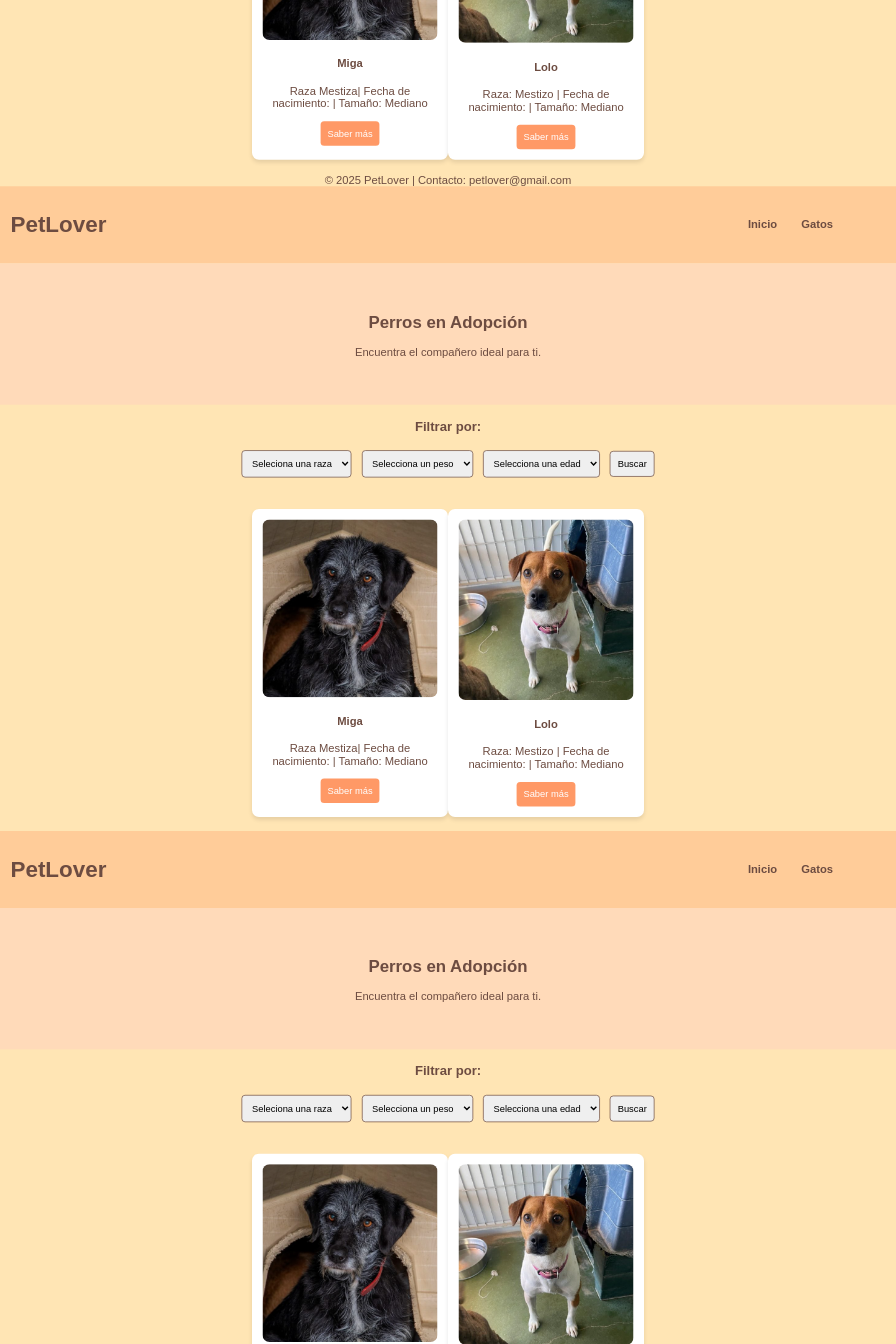
Repository: adriarodrisan/PetLover
Page: Paginas_web/Perros.html
An editor plug-in stored every save of this project. The page is shown before and after the next save, followed by the edit.
The browser window is 1280 px wide. The pictures show the part of the page from y = 673 to 2593 px (the page is 4872 px tall before and 4912 px after), at 70% of full size.

Above is the page before, as saved 2025-02-20 16:03:51.

### Paginas_web/Perros.html
<!DOCTYPE html>
<html lang="en">
<head>
    <meta charset="UTF-8">
    <meta name="viewport" content="width=device-width, initial-scale=1.0">
    <title>Perros en Adopción - Petlover</title>
    <link rel="stylesheet" href="/Css_Paginas/Perros.css">
</head>
<body>
    <header>
        <div class="logo">
            <h1>PetLover</h1>
        </div>
        <nav>
            <a href="Home_Petlover.html">Inicio</a>
            <a href="gatos.html"> Gatos</a>
            <a href="#Ayuda"></a>
            <a href="Contactos"></a>
        </nav>
    </header>
    <section class="hero">
        <h2>Perros en Adopción</h2>
        <p>Encuentra el compañero ideal para ti.</p>
    </section>
    <section class="filters">
        <h3>Filtrar por:</h3>
        <select id="raza">
            <option value=""> Seleciona una raza</option>
            <option value="labrador">Labrador</option>
            <option value="pastor">Pastor Alemán</option>
            <option value="chihuahua">chihuahua</option>
        </select>
        <select  id="peso">
            <option value="">Selecciona un peso</option>
            <option value="paqueño">Peuqeño (-10kg)</option>
            <option value="mediano">Mediano (10-20kg)</option>
            <option value="grande">Grade (+25kg)</option>
        </select>
        <select id="edad">
            <option value="">Selecciona una edad</option>
            <option value="cachorro"> Cachorro (-1 año)</option>
            <option value="adulto">Adulto (1-7 años)</option>
            <option value="senior"> Senior (+7 años)</option>
        </select>
        <button onclick="filtrarPerror()">Buscar</button>
    </section>
    <section class="lista-perros" id="lista-perros">
        <div class="tarjeta-perro">
            <img src="/Imagenes_Animales/dog1.png" alt="Perro en adopción">
            <h4>Miga</h4>
            <p>Raza Mestiza| Fecha de nacimiento:   |  Tamaño: Mediano </p>
            <button>Saber más</button>
        </div>
        <div class="tarjeta-perro">
            <img src="/Imagenes_Animales/dog2.png" alt="Perro en adopción">
            <h4>Lolo</h4>
            <p>Raza: Mestizo  | Fecha de nacimiento:  | Tamaño: Mediano </p>
            <button>Saber más</button>
        </div>
    </section>
    <footer class="footer">
        © 2025 PetLover | Contacto: petlover@gmail.com
    </footer>

</body>
</html>
<!DOCTYPE html>
<html lang="en">
<head>
    <meta charset="UTF-8">
    <meta name="viewport" content="width=device-width, initial-scale=1.0">
    <title>Perros en Adopción - Petlover</title>
    <link rel="stylesheet" href="/Css_Paginas/Perros.css">
</head>
<body>
    <header>
        <div class="logo">
            <h1>PetLover</h1>
        </div>
        <nav>
            <a href="Home_Petlover.html">Inicio</a>
            <a href="gatos.html"> Gatos</a>
            <a href="#Ayuda"></a>
            <a href="Contactos"></a>
        </nav>
    </header>
    <section class="hero">
        <h2>Perros en Adopción</h2>
        <p>Encuentra el compañero ideal para ti.</p>
    </section>
    <section class="filters">
        <h3>Filtrar por:</h3>
        <select id="raza">
            <option value=""> Seleciona una raza</option>
            <option value="labrador">Labrador</option>
            <option value="pastor">Pastor Alemán</option>
            <option value="chihuahua">chihuahua</option>
        </select>
        <select  id="peso">
            <option value="">Selecciona un peso</option>
            <option value="paqueño">Peuqeño (-10kg)</option>
            <option value="mediano">Mediano (10-20kg)</option>
            <option value="grande">Grade (+25kg)</option>
        </select>
        <select id="edad">
            <option value="">Selecciona una edad</option>
            <option value="cachorro"> Cachorro (-1 año)</option>
            <option value="adulto">Adulto (1-7 años)</option>
            <option value="senior"> Senior (+7 años)</option>
        </select>
        <button onclick="filtrarPerror()">Buscar</button>
    </section>
    <section class="lista-perros" id="lista-perros">
        <div class="tarjeta-perro">
            <img src="/Imagenes_Animales/dog1.png" alt="Perro en adopción">
            <h4>Miga</h4>
            <p>Raza Mestiza| Fecha de nacimiento:   |  Tamaño: Mediano </p>
            <button>Saber más</button>
        </div>
        <div class="tarjeta-perro">
            <img src="/Imagenes_Animales/dog2.png" alt="Perro en adopción">
            <h4>Lolo</h4>
            <p>Raza: Mestizo  | Fecha de nacimiento:  | Tamaño: Mediano </p>
            <button>Saber más</button>
        </div>

    </section>

</body>
</html>
<!DOCTYPE html>
<html lang="en">
<head>
    <meta charset="UTF-8">
    <meta name="viewport" content="width=device-width, initial-scale=1.0">
    <title>Perros en Adopción - Petlover</title>
    <link rel="stylesheet" href="/Css_Paginas/Perros.css">
</head>
<body>
    <header>
        <div class="logo">
            <h1>PetLover</h1>
        </div>
        <nav>
            <a href="Home_Petlover.html">Inicio</a>
            <a href="gatos.html"> Gatos</a>
            <a href="#Ayuda"></a>
            <a href="Contactos"></a>
        </nav>
    </header>
    <section class="hero">
        <h2>Perros en Adopción</h2>
        <p>Encuentra el compañero ideal para ti.</p>
    </section>
    <section class="filters">
        <h3>Filtrar por:</h3>
        <select id="raza">
            <option value=""> Seleciona una raza</option>
            <option value="labrador">Labrador</option>
            <option value="pastor">Pastor Alemán</option>
            <option value="chihuahua">chihuahua</option>
        </select>
        <select  id="peso">
            <option value="">Selecciona un peso</option>
            <option value="paqueño">Peuqeño (-10kg)</option>
            <option value="mediano">Mediano (10-20kg)</option>
            <option value="grande">Grade (+25kg)</option>
        </select>
        <select id="edad">
            <option value="">Selecciona una edad</option>
            <option value="cachorro"> Cachorro (-1 año)</option>
            <option value="adulto">Adulto (1-7 años)</option>
            <option value="senior"> Senior (+7 años)</option>
        </select>
        <button onclick="filtrarPerror()">Buscar</button>
    </section>
    <section class="lista-perros" id="lista-perros">
        <div class="tarjeta-perro">
            <img src="/Imagenes_Animales/dog1.png" alt="Perro en adopción">
            <h4>Miga</h4>
            <p>Raza Mestiza| Fecha de nacimiento:   |  Tamaño: Mediano </p>
            <button>Saber más</button>
        </div>
        <div class="tarjeta-perro">
            <img src="/Imagenes_Animales/dog2.png" alt="Perro en adopción">
            <h4>Lolo</h4>
            <p>Raza: Mestizo  | Fecha de nacimiento:  | Tamaño: Mediano </p>
            <button>Saber más</button>

        </div>

    </section>

</body>
</html>
<!DOCTYPE html>
<html lang="en">
<head>
    <meta charset="UTF-8">
    <meta name="viewport" content="width=device-width, initial-scale=1.0">
    <title>Perros en Adopción - Petlover</title>
    <link rel="stylesheet" href="/Css_Paginas/Perros.css">
</head>
<body>
    <header>
        <div class="logo">
            <h1>PetLover</h1>
        </div>
        <nav>
            <a href="Home_Petlover.html">Inicio</a>
            <a href="gatos.html"> Gatos</a>
            <a href="#Ayuda"></a>
            <a href="Contactos"></a>
        </nav>
    </header>
    <section class="hero">
        <h2>Perros en Adopción</h2>
        <p>Encuentra el compañero ideal para ti.</p>
    </section>
    <section class="filters">
        <h3>Filtrar por:</h3>
        <select id="raza">
            <option value=""> Seleciona una raza</option>
            <option value="labrador">Labrador</option>
            <option value="pastor">Pastor Alemán</option>
            <option value="chihuahua">chihuahua</option>
        </select>
        <select  id="peso">
            <option value="">Selecciona un peso</option>
            <option value="paqueño">Peuqeño (-10kg)</option>
            <option value="mediano">Mediano (10-20kg)</option>
            <option value="grande">Grade (+25kg)</option>
        </select>
        <select id="edad">
            <option value="">Selecciona una edad</option>
            <option value="cachorro"> Cachorro (-1 año)</option>
            <option value="adulto">Adulto (1-7 años)</option>
            <option value="senior"> Senior (+7 años)</option>
        </select>
        <button onclick="filtrarPerror()">Buscar</button>
    </section>
    <section class="lista-perros" id="lista-perros">
        <div class="tarjeta-perro">
            <img src="/Imagenes_Animales/dog1.png" alt="Perro en adopción">
            <h4>Miga</h4>
            <p>Raza Mestiza| Fecha de nacimiento:   |  Tamaño: Mediano </p>
            <button>Saber más</button>
        </div>

    </section>

</body>
</html>
<!DOCTYPE html>
<html lang="en">
<head>
    <meta charset="UTF-8">
    <meta name="viewport" content="width=device-width, initial-scale=1.0">
    <title>Perros en Adopción - Petlover</title>
    <link rel="stylesheet" href="/Css_Paginas/Perros.css">
</head>
<body>
    <header>
        <div class="logo">
            <h1>PetLover</h1>
        </div>
        <nav>
            <a href="Home_Petlover.html">Inicio</a>
            <a href="gatos.html"> Gatos</a>
            <a href="#Ayuda"></a>
            <a href="Contactos"></a>
        </nav>
    </header>
    <section class="hero">
        <h2>Perros en Adopción</h2>
        <p>Encuentra el compañero ideal para ti.</p>
    </section>
    <section class="filters">
        <h3>Filtrar por:</h3>
        <select id="raza">
            <option value=""> Seleciona una raza</option>
            <option value="labrador">Labrador</option>
            <option value="pastor">Pastor Alemán</option>
            <option value="chihuahua">chihuahua</option>
        </select>

    </section>

</body>
</html>
<!DOCTYPE html>
<html lang="en">
<head>
    <meta charset="UTF-8">
    <meta name="viewport" content="width=device-width, initial-scale=1.0">
    <title>Perros en Adopción - Petlover</title>
    <link rel="stylesheet" href="/Css_Paginas/Perros.css">
</head>
<body>
    <header>
        <div class="logo">
            <h1>PetLover</h1>
        </div>
        <nav>
            <a href="Home_Petlover.html">Inicio</a>
            <a href="gatos.html"> Gatos</a>
            <a href="#Ayuda"></a>
            <a href="Contactos"></a>
        </nav>
    </header>
    <section class="hero">
        <h2>Perros en Adopción</h2>
        <p>Encuentra el compañero ideal para ti.</p>
    </section>

</body>
</html>
<!DOCTYPE html>
<html lang="en">
<head>
    <meta charset="UTF-8">
    <meta name="viewport" content="width=device-width, initial-scale=1.0">
    <title>Perros en Adopción - Petlover</title>
    <link rel="stylesheet" href="/Css_Paginas/Perros.css">
</head>
<body>
    <header>
        <div class="logo">
            <h1>PetLover</h1>
        </div>
        <nav>
            <a href="Home_Petlover.html">Inicio</a>
            <a href="gatos.html"> Gatos</a>
            <a href="#Ayuda"></a>
            <a href="Contactos"></a>
        </nav>
    </header>
    <section class="hero">
        <h2>Perros en Adopción</h2>
        <p>Encuentra el compañero ideal para ti.</p>
    </section>

</body>
</html>
<!DOCTYPE html>
<html lang="en">
<head>
    <meta charset="UTF-8">
    <meta name="viewport" content="width=device-width, initial-scale=1.0">
    <title>Perros en Adopción - Petlover</title>
    <link rel="stylesheet" href="/Css_Paginas/Perros.css">
</head>
<body>
    <header>
        <div class="logo">
            <h1>PetLover</h1>
        </div>
        <nav>
            <a href="Home_Petlover.html">Inicio</a>
            <a href="gatos.html"> Gatos</a>
            <a href="#Ayuda"></a>
            <a href="Contactos"></a>
        </nav>
    </header>
    <section></section>

</body>
</html>

### Css_Paginas/Perros.css
body{
    font-family: 'Arial', sans-serif;
    background-color: #ffe5b4;
    color: #6d4c41;
    margin: 0;
    text-align: center;
}
header{
    background-color: #FFCC99;
    padding: 15px;
    display: flex;
    justify-content: space-between;
    align-items: center;
}
nav a{
    text-decoration: none;
    color: #6d4c41;
    font-weight: bold;
    margin: 0 15px;
}
.hero{
    background-color: #ffdab9;
    padding: 50px 20px;
}
.filters{
    margin: 20px 0;
}
.filters select, .filters button{
    padding: 10px;
    margin: 5px;
    border-radius: 5px;
    border: 1px solid #6d4c41  ;

}
.lista-perros{
    display: flex;
    flex-wrap: wrap;
    justify-content: center;
    padding: 20px;
}
.tarjeta-perro{
    background-color: white;
    border-radius: 10px;
    padding: 15px;
    box-shadow: 0px 4px 6px rgba(0, 0, 0, 0.1);
    text-align: center;
    width: 250px;
}
.tarjeta-perro img{
    width: 100%;
    border-radius: 10px;
}
.tarjeta-perro button{
    background-color: #FF9966;
    border: none;
    color: white;
    padding: 10px;
    border-radius: 5px;
    cursor: pointer;
}
.tarjeta-perro button:hover{
    background-color: #ff7043;
}
.footr{
    background-color: #8d6e63;
    color: white;
    padding: 10px;
    margin-top: 20px;
}
body{
    font-family: 'Arial', sans-serif;
    background-color: #ffe5b4;
    color: #6d4c41;
    margin: 0;
    text-align: center;
}
header{
    background-color: #FFCC99;
    padding: 15px;
    display: flex;
    justify-content: space-between;
    align-items: center;
}
nav a{
    text-decoration: none;
    color: #6d4c41;
    font-weight: bold;
    margin: 0 15px;
}
.hero{
    background-color: #ffdab9;
    padding: 50px 20px;
}
.filters{
    margin: 20px 0;
}
.filters select, .filters button{
    padding: 10px;
    margin: 5px;
    border-radius: 5px;
    border: 1px solid #6d4c41  ;

}
.lista-perros{
    display: flex;
    flex-wrap: wrap;
    justify-content: center;
    padding: 20px;
}
.tarjeta-perro{
    background-color: white;
    border-radius: 10px;
    padding: 15px;
    box-shadow: 0px 4px 6px rgba(0, 0, 0, 0.1);
    text-align: center;
    width: 250px;
}
.tarjeta-perro img{
    width: 100%;
    border-radius: 10px;
}
.tarjeta-perro button{
    background-color: #FF9966;
    border: none;
    color: white;
    padding: 10px;
    border-radius: 5px;
    cursor: pointer;
}
body{
    font-family: 'Arial', sans-serif;
    background-color: #ffe5b4;
    color: #6d4c41;
    margin: 0;
    text-align: center;
}
header{
    background-color: #FFCC99;
    padding: 15px;
    display: flex;
    justify-content: space-between;
    align-items: center;
}
nav a{
    text-decoration: none;
    color: #6d4c41;
    font-weight: bold;
    margin: 0 15px;
}
.hero{
    background-color: #ffdab9;
    padding: 50px 20px;
}
.filters{
    margin: 20px 0;
}
.filters select, .filters button{
    padding: 10px;
    margin: 5px;
    border-radius: 5px;
    border: 1px solid #6d4c41  ;

}
.lista-perros{
    display: flex;
    flex-wrap: wrap;
    justify-content: center;
    padding: 20px;
}
.tarjeta-perro{
    background-color: white;
    border-radius: 10px;
    padding: 15px;
    box-shadow: 0px 4px 6px rgba(0, 0, 0, 0.1);
    text-align: center;
    width: 250px;
}

After the next save:
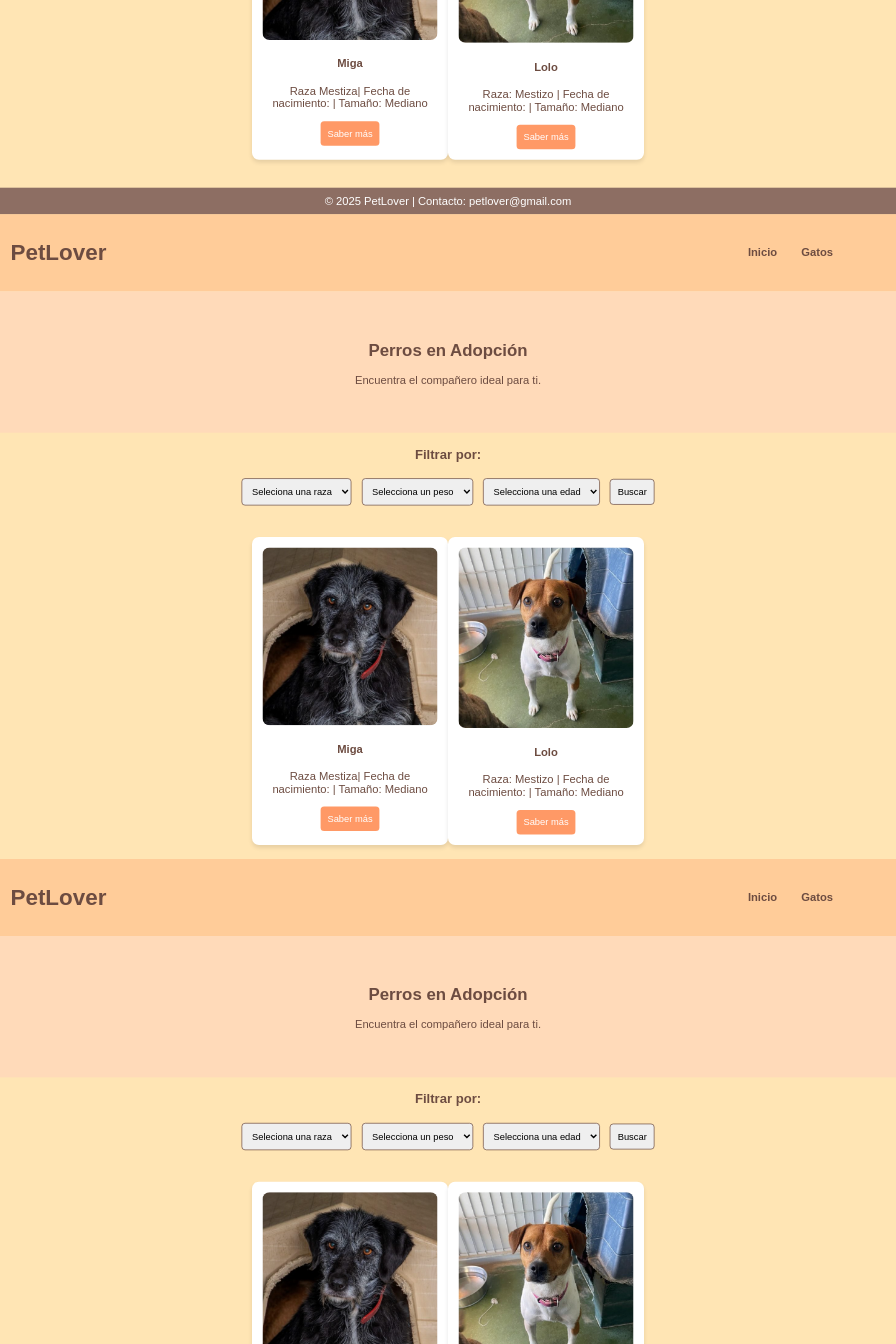
Saved 24 s later.
--- a/Css_Paginas/Perros.css
+++ b/Css_Paginas/Perros.css
@@ -61,117 +61,9 @@
 .tarjeta-perro button:hover{
     background-color: #ff7043;
 }
-.footr{
+.footer{
     background-color: #8d6e63;
     color: white;
     padding: 10px;
     margin-top: 20px;
 }
-body{
-    font-family: 'Arial', sans-serif;
-    background-color: #ffe5b4;
-    color: #6d4c41;
-    margin: 0;
-    text-align: center;
-}
-header{
-    background-color: #FFCC99;
-    padding: 15px;
-    display: flex;
-    justify-content: space-between;
-    align-items: center;
-}
-nav a{
-    text-decoration: none;
-    color: #6d4c41;
-    font-weight: bold;
-    margin: 0 15px;
-}
-.hero{
-    background-color: #ffdab9;
-    padding: 50px 20px;
-}
-.filters{
-    margin: 20px 0;
-}
-.filters select, .filters button{
-    padding: 10px;
-    margin: 5px;
-    border-radius: 5px;
-    border: 1px solid #6d4c41  ;
-
-}
-.lista-perros{
-    display: flex;
-    flex-wrap: wrap;
-    justify-content: center;
-    padding: 20px;
-}
-.tarjeta-perro{
-    background-color: white;
-    border-radius: 10px;
-    padding: 15px;
-    box-shadow: 0px 4px 6px rgba(0, 0, 0, 0.1);
-    text-align: center;
-    width: 250px;
-}
-.tarjeta-perro img{
-    width: 100%;
-    border-radius: 10px;
-}
-.tarjeta-perro button{
-    background-color: #FF9966;
-    border: none;
-    color: white;
-    padding: 10px;
-    border-radius: 5px;
-    cursor: pointer;
-}
-body{
-    font-family: 'Arial', sans-serif;
-    background-color: #ffe5b4;
-    color: #6d4c41;
-    margin: 0;
-    text-align: center;
-}
-header{
-    background-color: #FFCC99;
-    padding: 15px;
-    display: flex;
-    justify-content: space-between;
-    align-items: center;
-}
-nav a{
-    text-decoration: none;
-    color: #6d4c41;
-    font-weight: bold;
-    margin: 0 15px;
-}
-.hero{
-    background-color: #ffdab9;
-    padding: 50px 20px;
-}
-.filters{
-    margin: 20px 0;
-}
-.filters select, .filters button{
-    padding: 10px;
-    margin: 5px;
-    border-radius: 5px;
-    border: 1px solid #6d4c41  ;
-
-}
-.lista-perros{
-    display: flex;
-    flex-wrap: wrap;
-    justify-content: center;
-    padding: 20px;
-}
-.tarjeta-perro{
-    background-color: white;
-    border-radius: 10px;
-    padding: 15px;
-    box-shadow: 0px 4px 6px rgba(0, 0, 0, 0.1);
-    text-align: center;
-    width: 250px;
-}
